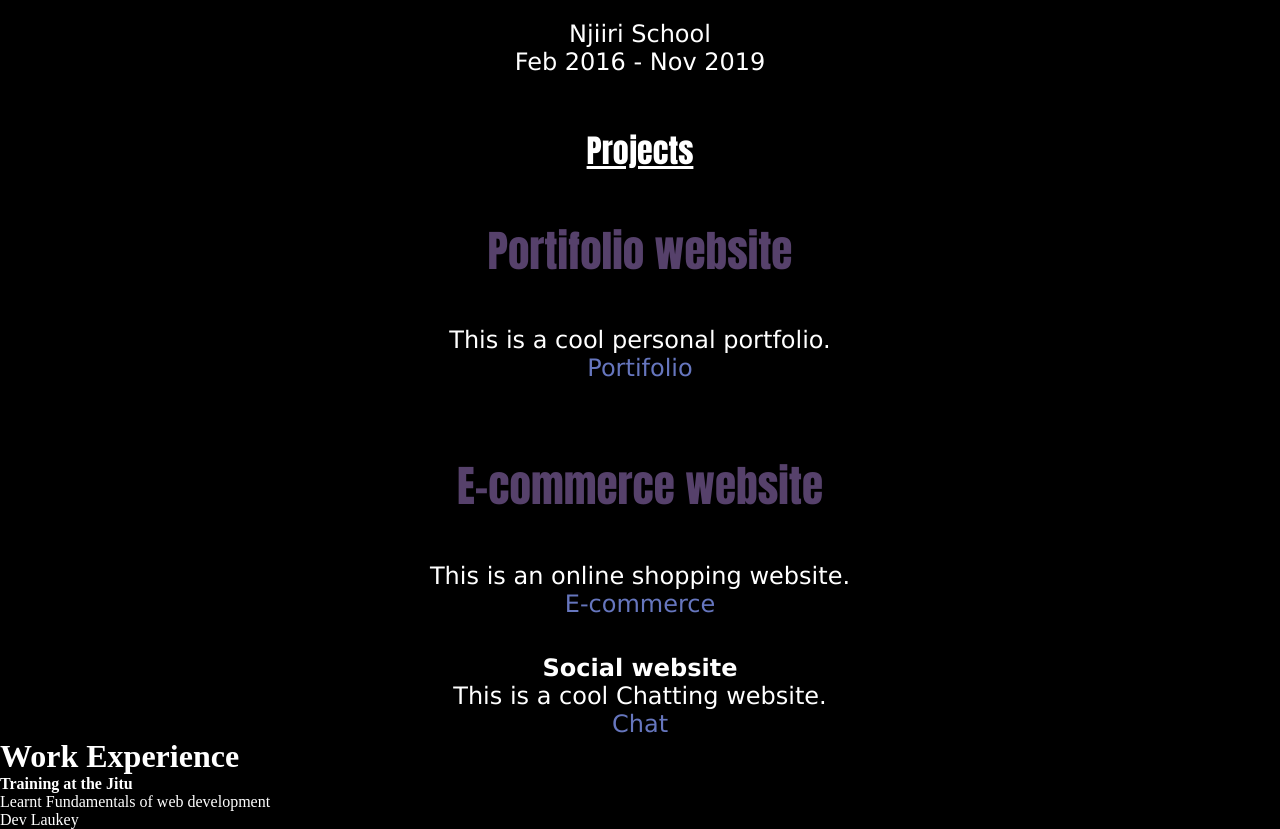
Repository: LaukeyMwaura/Jitu-Day-2
Page: index.html
These files come from the project's save history. The page is drawn as it stood at one moment and after the next save; the edit follows.
The browser window is 1280 px wide. The pictures show the part of the page from y = 1328 to 2280 px (the page is 2157 px tall before and 2280 px after).
A picture or video elsewhere on the page could not be fetched, so the positions and the page height are approximate.

Above is the page before, as saved 2022-05-12 00:39:21.

After the next save:
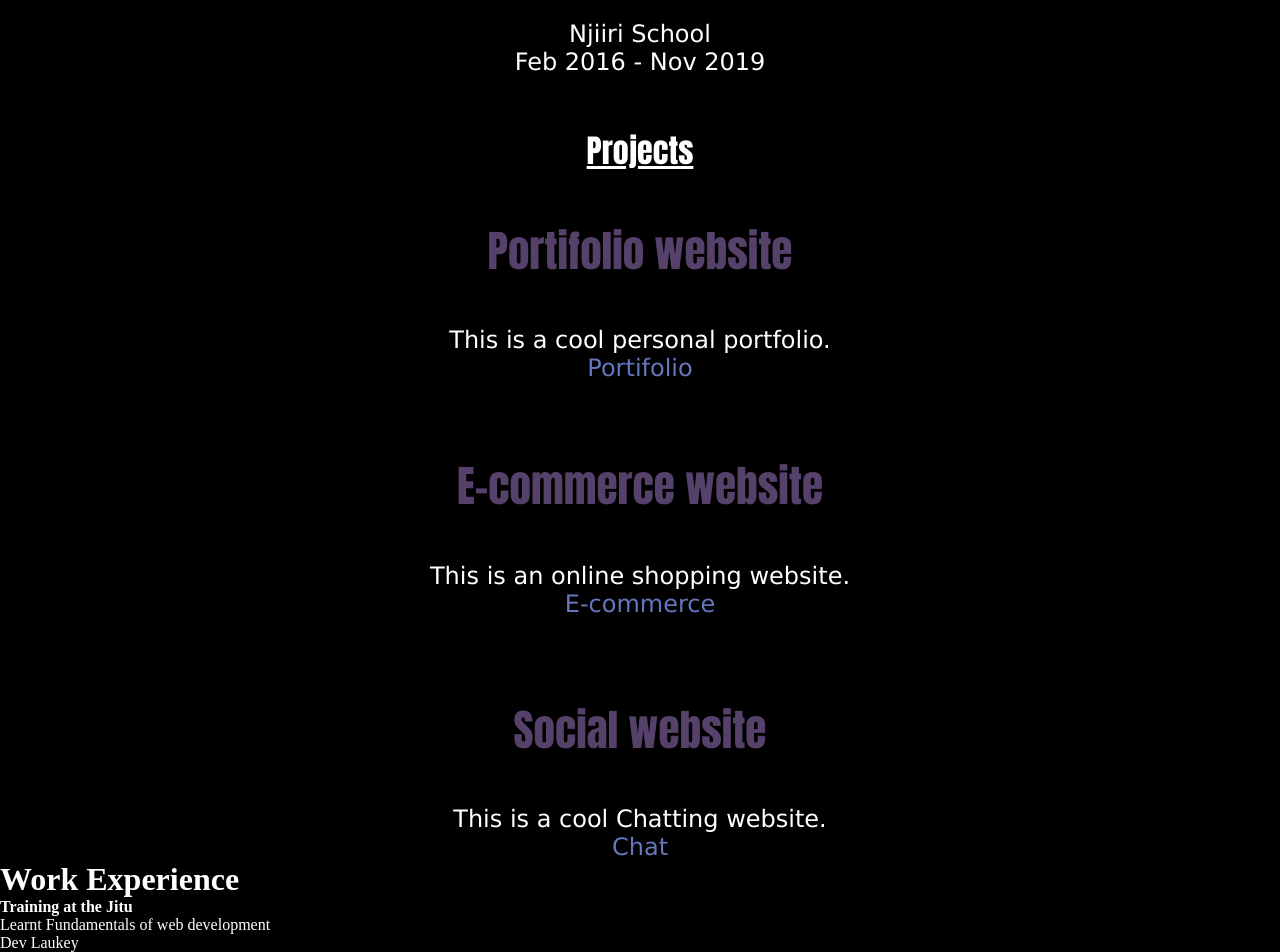
Saved 5 s later.
--- a/index.html
+++ b/index.html
@@ -88,7 +88,7 @@
       </div>
       <br><br>
       <div class="project text">
-        <h4>Social website</h4>
+        <h4 class="subheading">Social website</h4>
         <p>This is a cool Chatting website.</p>
         <a href="https://messenger-clone-70550.web.app/">Chat</a>
       </div>
